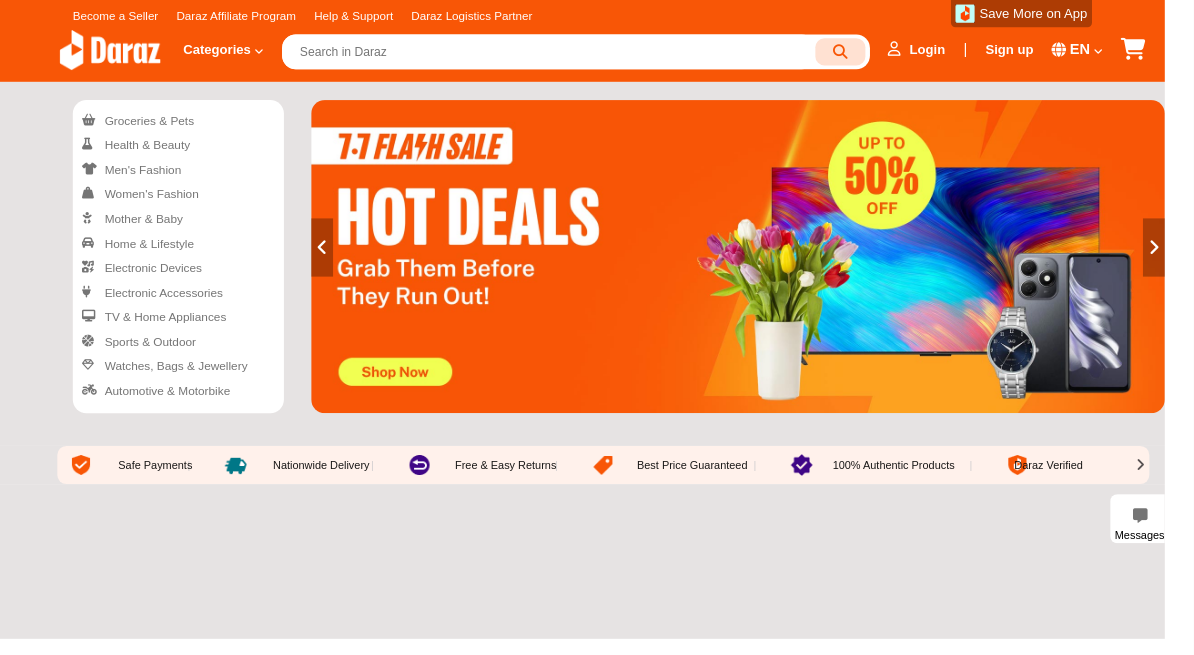
Repository: ubiadurrahman/Draz---Clone
Page: daraz.html
An editor plug-in stored every save of this project. The page is shown before and after a run of saves, followed by the edit.
The browser window is 1280 px wide. The page is 1312 px wide, so the pictures cover 1312 px, including what lies to the right of the window. The pictures show the whole page, at 91% of full size.

Above is the page before, as saved 2024-07-11 06:19:27.

After the next 2 saves:
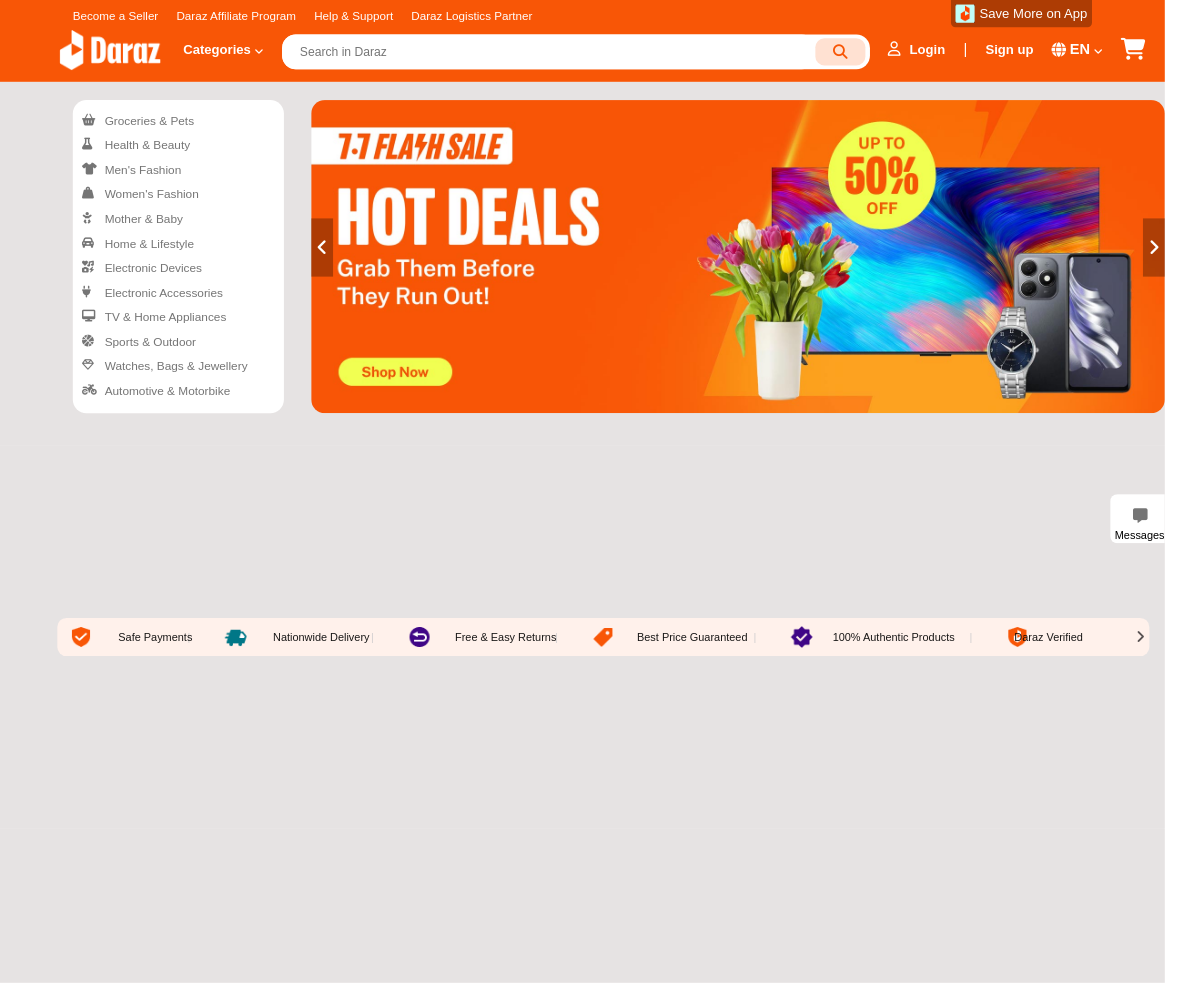
The 2 saves are shown as one change because they came seconds apart.
The last was saved 39 s later.
--- a/daraz.css
+++ b/daraz.css
@@ -317,6 +317,8 @@
     align-items: center;
     justify-content: space-evenly;
     background-color:#e6e3e3;
+    width: 100%;
+    height: 420px;
 }
 .br {
     display: flex;

After the save that followed:
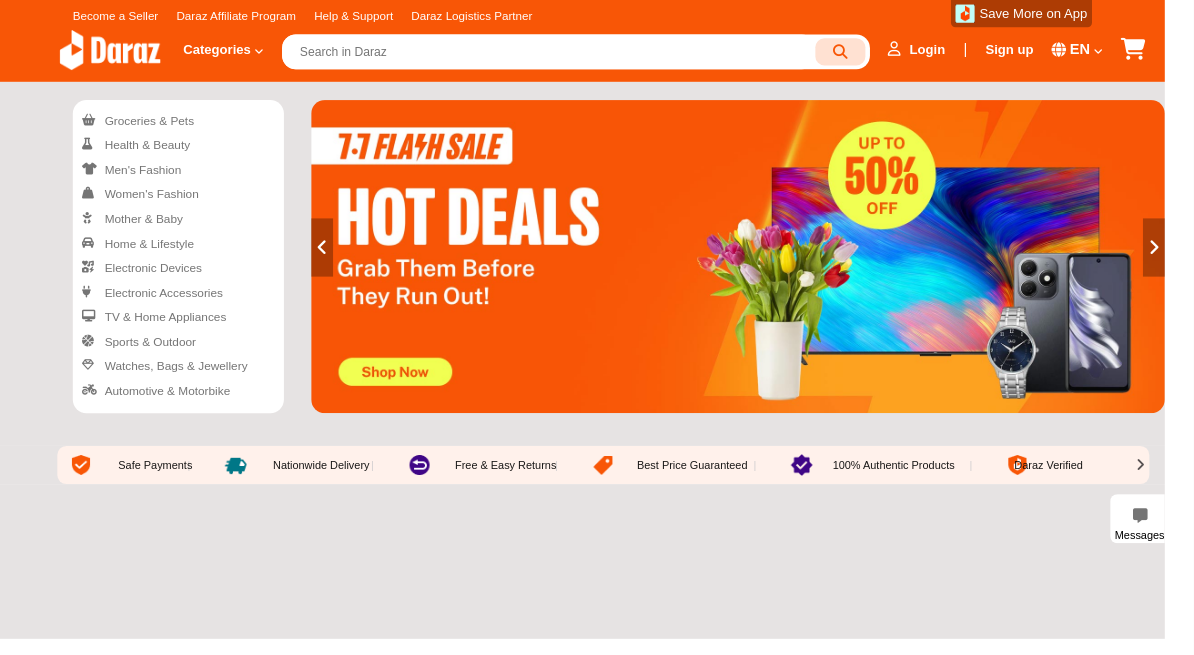
Saved 31 s later.
--- a/daraz.css
+++ b/daraz.css
@@ -317,8 +317,8 @@
     align-items: center;
     justify-content: space-evenly;
     background-color:#e6e3e3;
-    width: 100%;
-    height: 420px;
+    /* width: 100%;
+    height: 420px; */
 }
 .br {
     display: flex;
